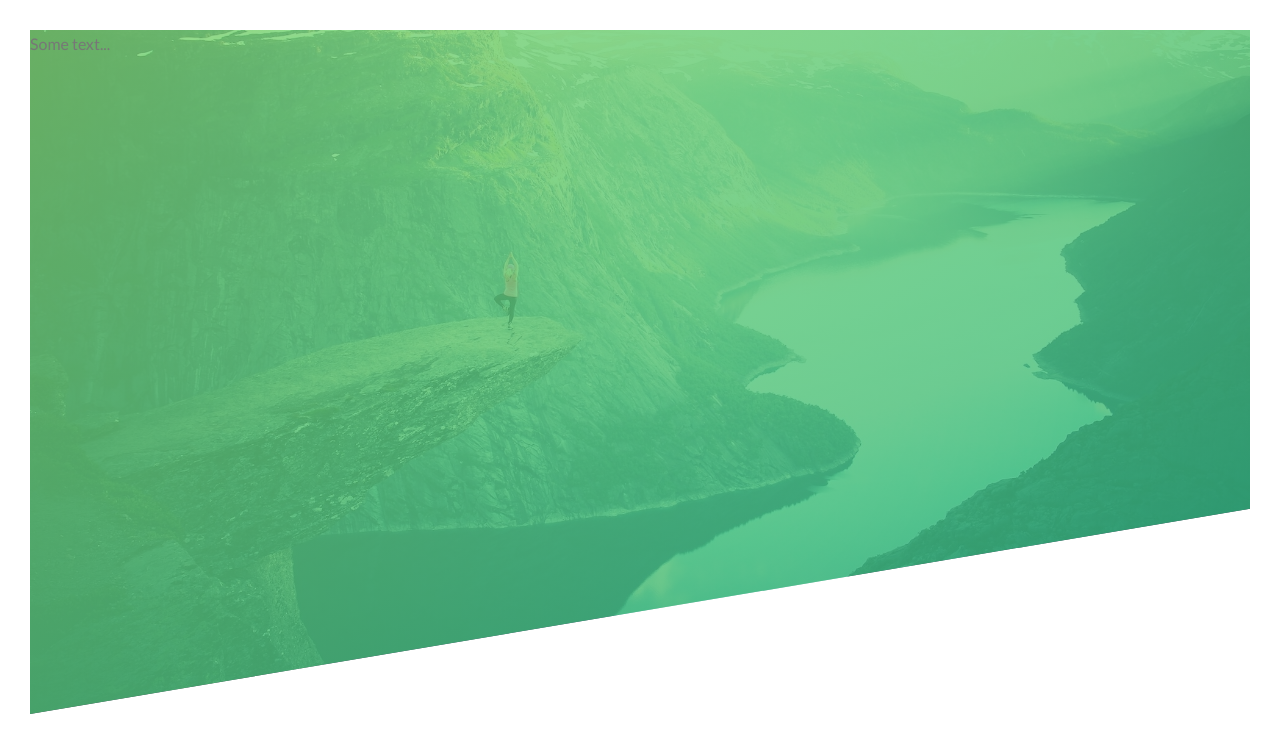
Repository: EGimenoS/natours
Page: index.html
The author's editor kept a copy of each file at every save. The page is drawn from the files as they stood at one save, then again after the next save.
The browser window is 1280 px wide. The pictures show the whole page.

Above is the page before, as saved 2020-04-16 18:34:11.

### index.html
<!DOCTYPE html>
<html lang="en">
  <head>
    <meta charset="UTF-8" />
    <meta name="viewport" content="width=device-width, initial-scale=1.0" />

    <link
      href="https://fonts.googleapis.com/css?family=Lato:100,300,400,700,900"
      rel="stylesheet"
    />

    <link rel="stylesheet" href="css/icon-font.css" />
    <link rel="stylesheet" href="css/style.css" />
    <link rel="shortcut icon" type="image/png" href="img/favicon.png" />

    <title>Natours | Exciting tours for adventurous people</title>
  </head>
  <body>
    <header class="header">
      Some text...
    </header>
  </body>
</html>

### css/style.css
/*
COLORS:

Light green: #7ed56f
Medium green: #55c57a
Dark green: #28b485

*/

/* Reset */
* {
  margin: 0;
  padding: 0;
  box-sizing: border-box;
}

body {
  font-family: "Lato", sans-serif;
  font-weight: 400;
  font-size: 16px;
  line-height: 1.7;
  color: #777;
  padding: 30px;
}

.header {
  height: 95vh;
  background-image: linear-gradient(
      to right bottom,
      rgba(126, 213, 111, 0.8),
      rgba(40, 180, 131, 0.8)
    ),
    url("../img/hero.jpg");
  background-size: cover;
  background-position: top;
  clip-path: polygon(0 0, 100% 0, 100% 70%, 0 100%);
}

Loaded but not shown: css/icon-font.css (no copy from this time; the picture is the same without it)

After the next save:
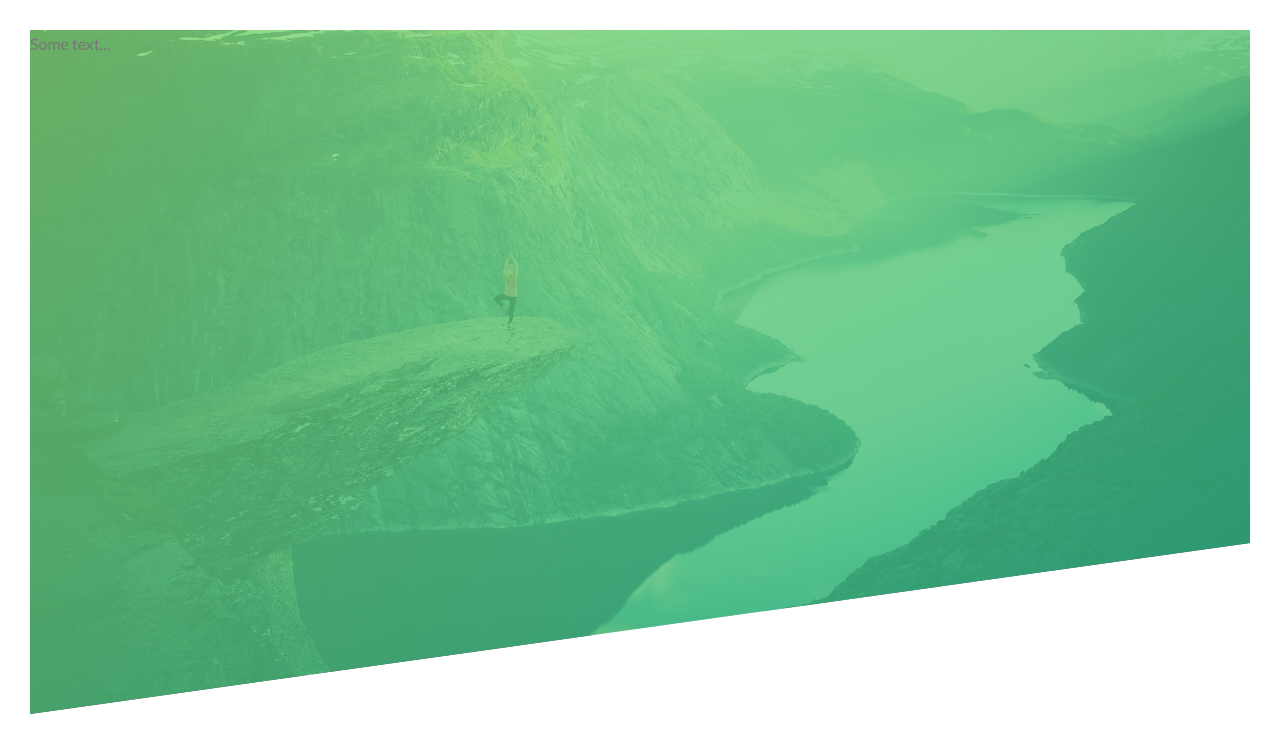
Saved 3 min 23 s later.
--- a/css/style.css
+++ b/css/style.css
@@ -33,5 +33,5 @@
     url("../img/hero.jpg");
   background-size: cover;
   background-position: top;
-  clip-path: polygon(0 0, 100% 0, 100% 70%, 0 100%);
+  clip-path: polygon(0 0, 100% 0, 100% 75%, 0 100%);
 }
